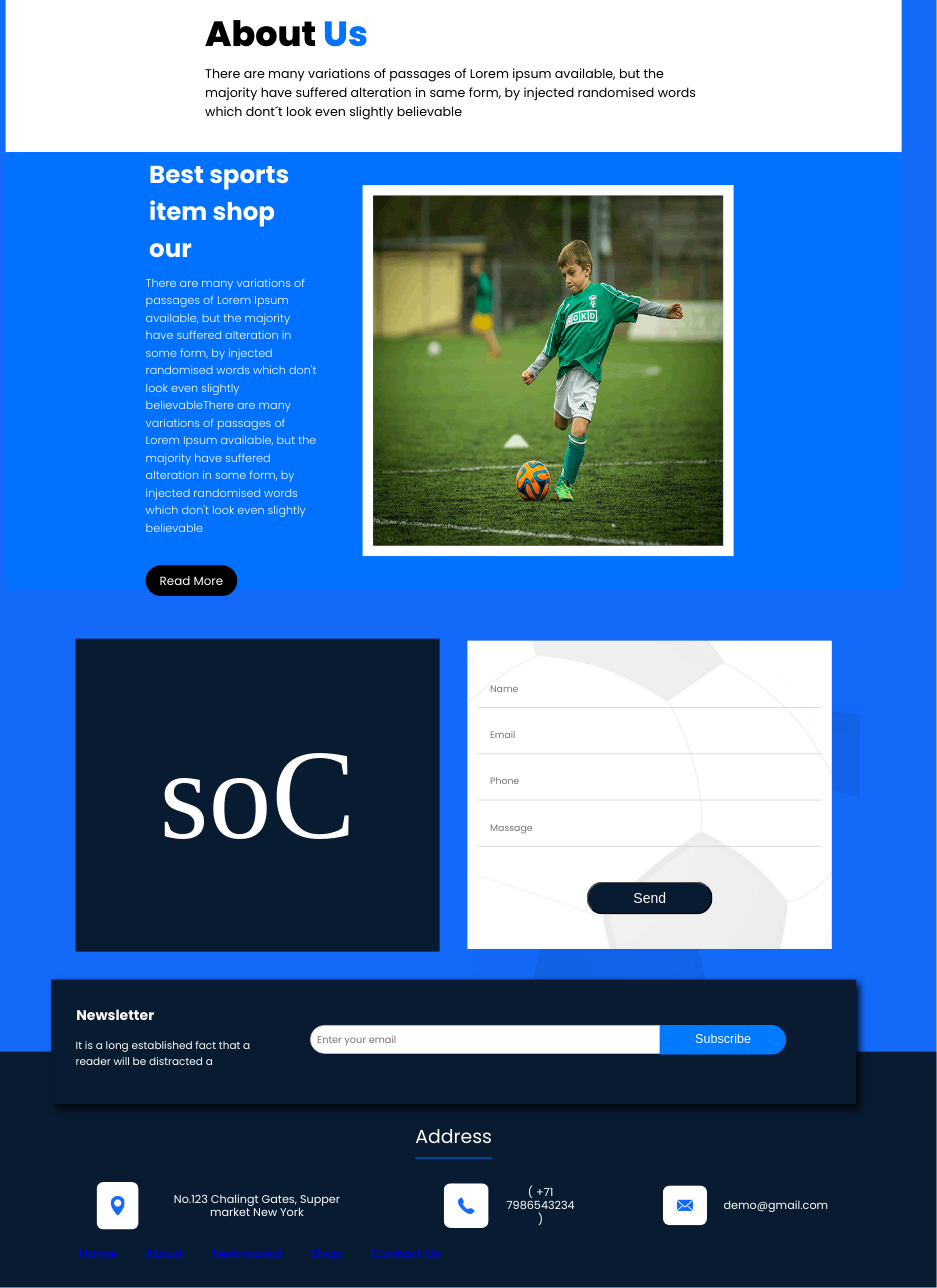
Repository: Vinicius9922/Projeto-Web
Page: index.html
These files come from the project's save history. The page is drawn as it stood at one moment and after a run of saves; the edit follows.
The browser window is 1280 px wide. The page is 1338 px wide, so the pictures cover 1338 px, including what lies to the right of the window. The pictures show the part of the page from y = 1908 to 3748 px (the page is 3748 px tall), at 70% of full size.

Above is the page before, as saved 2024-12-13 19:33:37.

### index.html
<!DOCTYPE html>
<html>

<head>
    <meta charset="UTF-8">
    <meta name="viewport" content="width=device-width, initial-scale=1.0">
    <link rel="stylesheet" href="index.css">
    <link rel="preconnect" href="https://fonts.googleapis.com">
    <link rel="preconnect" href="https://fonts.gstatic.com" crossorigin>
    <link
        href="https://fonts.googleapis.com/css2?family=Lora:ital,wght@0,400..700;1,400..700&family=Poppins:ital,wght@0,100;0,200;0,300;0,400;0,500;0,600;0,700;0,800;0,900;1,100;1,200;1,300;1,400;1,500;1,600;1,700;1,800;1,900&display=swap"
        rel="stylesheet">
    <title>Index</title>
</head>

<body class="main-layout">
    <header>
        <div class="header">
            <div class="container">
                <div class="logo"><img src="img/logo.png" alt="logo"></div>
                <div class="navBar">
                    <nav>
                        <ul class="menuNav">
                            <li>HOME</li>
                            <li>ABOUT</li>
                            <li>TESTMONIAL</li>
                            <li>SHOP</li>
                            <li>CONTACT US</li>
                            <li><img id="lupa" src="img/search_icon.png"></li>
                        </ul>
                    </nav>
                </div>
            </div>
        </div>
    </header>
    <section>
        <div class="container">
            <div class="carroussel">
                <div class="textCarroussel">
                    <h1>Welcome to <strong class="color">Our Shop</strong></h1>
                    <p>There are many variations of passages of Lorem Ipsum available, but the majority have
                        suffered
                        alteration in some form, by injected humour</p>
                    <button class="botao-carrossel">Buy Now</button>
                    <button class="botao-carrossel">About</button>
                </div>
            </div>
            <div class="img-carroussel">
                <div>
                    <figure><img id="img-carroussel" src="img/boksing-gloves.png" alt="img" /></figure>
                </div>
            </div>
        </div>
    </section>

    <!-- aaaaaaaaaaaaaaa -->

    <div class="parte branca">
        <h1>Our <span>Products</span></h1>
        <p>There are many variations of passages of Lorem ipsum available, but the majority have suffered alteration in
            some form, by injected randomised words wich don't look even slightly believable</p>
    </div>

    <div class="container3">

        <div class="imagem1">
            <img src="img/basketball.png" alt="bola">
            <p>$<span class="valor">50</span></p>
            <p class="p1">Basket ball</p>
        </div>
        <div class="imagem2">
            <img src="img/t-shirt.png" alt="camiseta">
            <p>$<span class="valor">50</span></p>
            <p class="p1">T-shirt</p>
        </div>
        <div class="imagem3">
            <img src="img/game.png" alt="game">
            <p>$<span class="valor">50</span></p>
            <p class="p1">Game</p>
        </div>
        <div class="imagem4">
            <img src="img/basketball.png" alt="bola">
            <p>$<span class="valor">50</span></p>
            <p class="p1">Basket ball</p>
        </div>
        <div class="imagem5">
            <img src="img/t-shirt.png" alt="camiseta">
            <p>$<span class="valor">50</span></p>
            <p class="p1">T-shirt</p>
        </div>
        <div class="imagem6">
            <img src="img/game.png" alt="game">
            <p>$<span class="valor">50</span></p>
            <p class="p1">game</p>
        </div>

    </div>
    <div class="branca2">
        <h1> About <span>Us</span></h1>
        <p>There are many variations of passages of Lorem ipsum available, but the majority have suffered alteration in
            same form, by injected randomised words which dont´t look even slightly believable</p>
    </div>

    <div class="shield">
        <div class="texto-shield">
            <h1 class="textobranco">Best sports item shop our</h1>
            <p class="p2">There are many variations of passages of Lorem Ipsum available, but the majority have suffered
                alteration in some form, by injected randomised words which don't look even slightly believableThere are
                many variations of passages of Lorem Ipsum available, but the majority have suffered alteration in some
                form, by injected randomised words which don't look even slightly believable</p>

            <div class="btn_main">
                <a class="botao" href="#" role="button">Read More</a>
            </div>
        </div>
        <div class="child">
            <figure><img src="img/child-image.png">
            </figure>
        </div>
    </div>

    <!-- aaaaaaaaaaaaaaaaaaaa -->

    <div class="container2">
        <div class="formulario">
            <div class="box-left">
                <div class="soc">soC</div>
            </div>
            <div class="box-right">
                <form>
                    <div class="grupo-form">
                        <input type="text" class="form" placeholder="Name" name="Name">
                    </div>
                    <div class="grupo-form">
                        <input type="email" class="form" placeholder="Email" name="Email">
                    </div>
                    <div class="grupo-form">
                        <input type="text" class="form" placeholder="Phone" name="Phone">
                    </div>
                    <div class="grupo-form">
                        <input type="text" class="form" placeholder="Massage" name="mensagem">
                    </div>
                    <div class="send-button">
                        <button type="submit" class="botao-env">Send</button>
                    </div>
                </form>
            </div>
        </div>
        <div class="box-down">
            <div class="text-news">
                <h2 class="Newsletter">Newsletter</h2>
                <p class="text-newsletter">It is a long established fact that a reader will be distracted a</p>
            </div>
            <div class="email-news">
                <input type="email" class="news-email" placeholder="Enter your email" name="Email">
            </div>
            <div class="Subscribe">
                <button class="subs-button" type="Subscribe">Subscribe</button>
            </div>
        </div>



        <div class="footer">
            <div>
                <div>
                    <div>
                        <div class="titulo">
                            <h2 class="titulo_texto">Address</h2>
                        </div>
                    </div>
                </div>
            </div>
            <div class="endereco">
                <div>
                    <div class="icones">
                        <div class="site_info">
                            <div class="img-icon">
                                <span class="info_icon"><img src="img/map-icon.png" /></span>
                            </div>
                            <span>No.123 Chalingt Gates, Supper market New York</span>
                        </div>
                    </div>
                    <div class="icones">
                        <div class="site_info">
                            <div class="img-icon">
                                <span class="info_icon"><img src="img/phone-icon.png" /></span>
                            </div>
                            <span>( +71 7986543234 )</span>
                        </div>
                    </div>
                    <div class="icones">
                        <div class="site_info">
                            <div class="img-icon">
                                <span class="info_icon"><img src="img/email-icon.png" /></span>
                            </div>
                            <span>demo@gmail.com</span>
                        </div>
                    </div>
                </div>
            </div>

            <div class="menu_main">
                <div class="menu_text">
                    <ul class="navbar-footer">
                        <li ><a href="#">Home</a></li>
                        <li><a href="about.html">About</a></li>
                        <li><a href="testmonial.html">Testmonial</a></li>
                        <li><a href="clients.html">Shop</a></li>
                        <li><a href="contact.html">Contact Us</a></li>
                    </ul>
                </div>
            </div>
        </div>
    </div>

</body>

</html>

### index.css
@import url('https://fonts.googleapis.com/css2?family=Lora:ital,wght@0,400..700;1,400..700&family=Poppins:ital,wght@0,100;0,200;0,300;0,400;0,500;0,600;0,700;0,800;0,900;1,100;1,200;1,300;1,400;1,500;1,600;1,700;1,800;1,900&display=swap');

body {
    width: 100%;
    font-family: Poppins, normal;
    background-color: #136af8;
    background: linear-gradient(to bottom, #136af8 91%, #081b30 9%);
}

header {
    background-color: #136af8;
    padding: 0px;
}

.container {
    display: flex;
    align-items: center;
    justify-content: space-between;
    margin: 40px 200px;
}

li:hover {
    text-decoration: underline;
    cursor: pointer;
    font-weight: bolder;
}

ul {
    color: white;
    list-style-type: none;
    display: flex;
    margin: 0;
    padding: 0;
    gap: 40px;
    font-weight: 500;
}

#lupa {
    margin-left: 20px;
}

.logo {
    margin-left: 60px;
}

section {
    background-color: #136af8;
    display: flex;
}

.textCarroussel {
    text-align: left;
    margin-left: 60px;
    padding-left: 15px;
}

.textCarroussel p,
strong {
    color: white;
}

.color {
    font-weight: bolder;
}

.textCarroussel h1 {
    font-family: Poppins;
    font-weight: bold;
    font-size: 65px;
    line-height: 74px;
    color: #081b30;
}

.textCarroussel p {
    font-size: 16px;
}

button {
    min-width: 180px;
    color: white;
    background-color: #081b30;
    padding: 10px 50px;
    border-radius: 30px;
    display: inline-block;
    font-size: 20px;
    margin-top: 40px;
    cursor: pointer;
}

button:hover {
    background-color: #032b58;
}

button+button {
    margin-left: 15px;
}

#img-carroussel {
    max-width: 110%;
    height: auto;
    display: block;
}


.parte.branca {
    background-color: white;
    text-align: center;
    padding: 40px 280px;
}

.parte.branca h1 {
    font-size: 50px;
    color: black;
    text-align: left;
    font-weight: 800;
    margin: 5px;
}

.parte.branca h1 span {
    color: #0072ff;

}

.parte.branca p {
    font-size: 18px;
    margin-top: 10px;
    text-align: left;
    font-weight: 400;
    margin: 5px;
}

/* Grade de produtos */
.container3 {
    display: grid;
    grid-template-columns: repeat(3, 1fr);
    gap: 20px;
    column-gap: 30px;
    padding-left: 250px;
    padding-right: 250px;
    padding-top: 40px;
    padding-bottom: 40px;
    background-color: #001f3f;
}


.container3 div {
    text-align: center;
    background-color: white;
    padding: 20px;
    box-shadow: 0 5px 10px rgba(0, 0, 0, 0.1);
}

.container3 img {
    width: 300px;
    height: 300px;
    margin-bottom: 10px;
}

.container3 div .valor {
    margin: 5px 0;
    font-size: 26px;
    color: #0072ff
}

.container3 div p {
    font-size: 26px;
    color: black;
    margin: 3px;
}

/* Sessão "About Us" */
.branca2 {
    background-color: white;
    text-align: left;
    padding: 40px 280px;
}

.branca2 h1 {
    font-size: 50px;
    color: black;
    text-align: left;
    font-weight: 800;
    margin: 5px;
}

.branca2 h1 span {
    color: #0072ff;
}

.branca2 p {
    font-size: 18px;
    margin-top: 10px;
    text-align: left;
    font-weight: 400;
    margin: 5px;
}

/* Sessão "Best sports item shop our" */
.shield {
    display: flex;
    justify-content: space-between;
    align-items: center;
    background-color: #0072ff;
    color: white;
    padding-left: 200px;
    padding-right: 200px;
    gap: 20px;
}

.texto-shield {
    text-align: left;
}

.shield h1 {
    font-size: 35px;
    color: rgb(255, 255, 255);
    text-align: left;
    font-weight: 700;
    margin: 5px;
}

.shield .p2 {
    font-size: 16px;
    margin-top: 10px;
    text-align: left;
    font-weight: 300;
    margin-bottom: 50px;
}

.btn_main .botao {
    text-decoration: none;
    background-color: black;
    color: white;
    padding: 10px 20px;
    border-radius: 30px;
    font-size: 17px;
    transition: 0.5s ease, color 0.4s ease 0.1s;
}

.botao:hover {
    background-color: #fbfbfb;
    color: black;
}

.child {
    margin: 0px;
}

.child img {
    height: 500px;
    width: 500px;
    display: flex;
    border: 15px solid #fff;
}




.container2 {
    display: flex;
    align-items: center;
    justify-content: space-between;
    margin: 30px 100px;
    flex-direction: column;
}

.formulario {
    flex: auto;
    display: flex;
    justify-content: space-between;
    align-items: center;
    border-radius: 10px;
    padding: 40px;
    justify-content: center;
    gap: 40px;
    background-image: url('img/contact-banner.png');
}

.grupo-form {
    width: 100%;
    padding: 15px;
    margin-bottom: 10px;
    border-bottom: 1px solid #ccc;
}

form {
    display: flex;
    flex-direction: column;
    align-items: center;
    width: 460px;
    height: 360px;
}

.form {
    border: none;
    width: 100px;
    margin: 0px;
}

.box-left {
    background-color: #081b30;
    color: white;
    text-align: center;
    font-family: apple;
    font-size: 180px;
    padding: 10% 10%;
    padding: 120px;
}

.box-right {
    height: auto;
    background-color: #f2f2f2;
    background-image: url('img/boll_bg.png');
    padding: 40px 30px;
}

.box-left,
.box-right {
    width: 50%;
}

input {
    border: none;
    outline: none;
    width: 100%;
}

input,
textarea {
    font-family: Poppins, normal;
    color: #a4a0a0;
    width: 100%;
}

.box-down {
    display: flex;
    align-items: row;
    background-color: #081b30;
    color: white;
    width: 1150px;
    box-shadow: 5px 5px 10px 0 rgba(0, 0, 0, 0.9);
}

.text-news {
    display: flex;
    flex-direction: column;
    max-width: 300px;
    padding-left: 35px;
    font-size: 12px;
    padding: 35px;
}

.Newsletter {
    margin: 1px;
    font-size: 20px;
}

.text-newsletter {
    font-size: 15px;
}

.email-news {
    display: flex;
    align-items: center;
    height: 172px;
}

.Subscribe {
    display: flex;
    align-items: center;
    height: 132px;
}

.news-email {
    padding: 9px;
    font-size: 14px;
    border: 1px solid #ccc;
    border-radius: 25px 0 0 25px;
    width: 500px;
    height: 41px;
    box-sizing: border-box;
}

.subs-button {
    font-size: 18px;
    color: white;
    background-color: #007BFF;
    border: none;
    border-radius: 0 25px 25px 0;
    cursor: pointer;
    height: 42px;

}

.subs-button:hover {
    background-color: #0056b3;
}


.footer{
    font-size: 18px;
    margin-top: 10px;
    text-align: center;
    font-weight: 400;
    margin: 5px;
}

.titulo_texto{
    color:white;
    text-decoration-line: underline;
    text-decoration-color: #0056b3;
    text-underline-offset: 20px;
    font-weight:400;
}

.endereco > div {
    display: flex;
    gap: 100px;
    align-items: center;
}

.icones {
    display: flex;
    align-items: center;
    gap: 10px;
    color:white;
}

.info_icon img {
    width: auto;
    height: auto;
    background-color:white;
    border-radius: 10px;
    padding: 20px;
    display: block;
}

.site_info {
    display: flex;
    align-items: center;
}

.site_info span {
    line-height: 1.2;
    font-size: 16px;

}
.img-icon {
    display: flex;
    align-items: center;
    justify-content: center;
    width: 50px;
    height: 50px;
    background-color: white;
    border-radius: 10px;
    margin:30px;
}

.menu_text > ul{
    text-align: center;
}

After the next 7 saves:
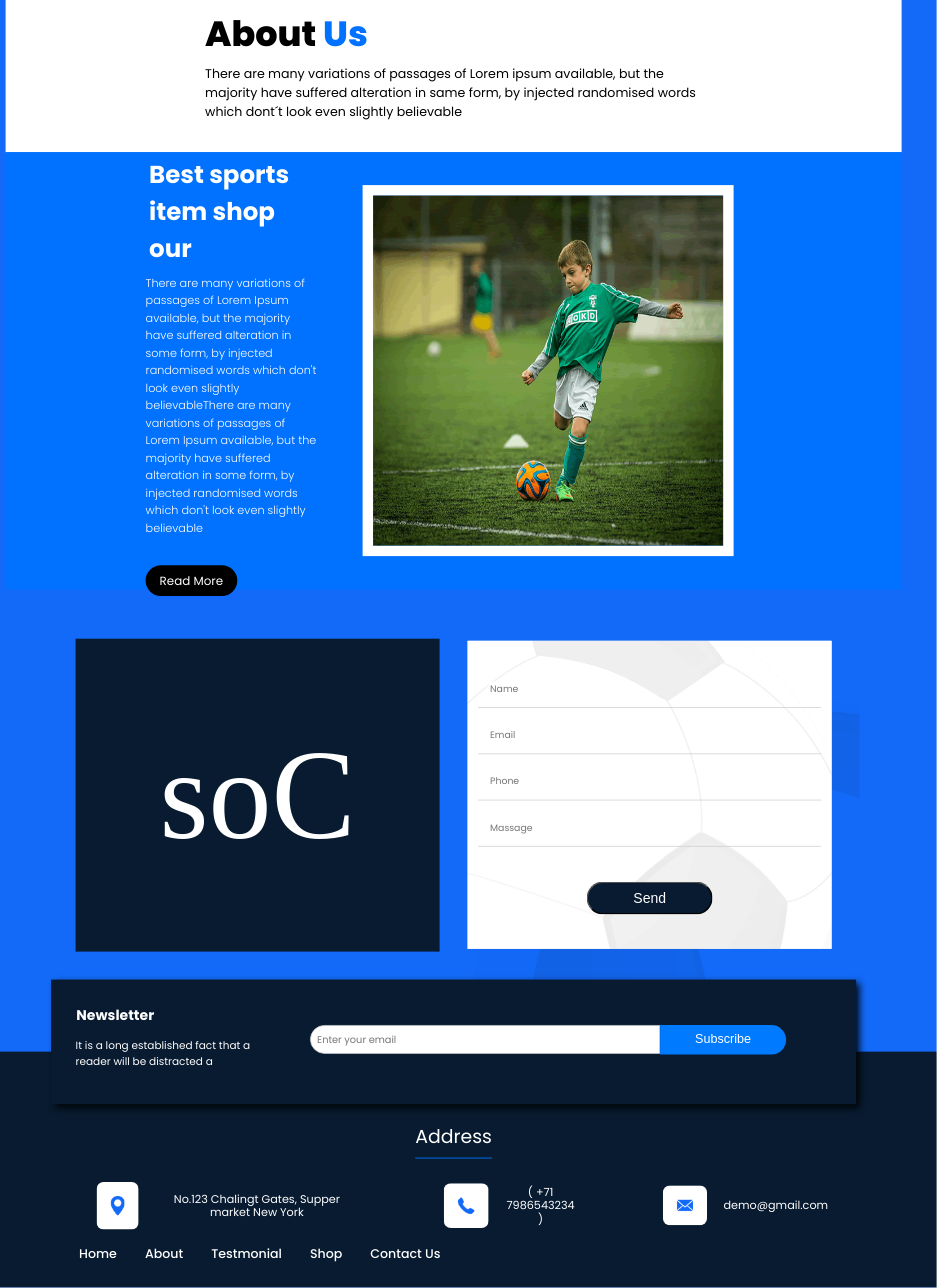
The 7 saves are shown as one change because they came seconds apart.
The last was saved 18 s later.
--- a/index.html
+++ b/index.html
@@ -203,11 +203,11 @@
             <div class="menu_main">
                 <div class="menu_text">
                     <ul class="navbar-footer">
-                        <li ><a href="#">Home</a></li>
-                        <li><a href="about.html">About</a></li>
-                        <li><a href="testmonial.html">Testmonial</a></li>
-                        <li><a href="clients.html">Shop</a></li>
-                        <li><a href="contact.html">Contact Us</a></li>
+                        <li >Home</li>
+                        <li>About</a></li>
+                        <li>Testmonial</a></li>
+                        <li>Shop</a></li>
+                        <li>Contact Us</a></li>
                     </ul>
                 </div>
             </div>
